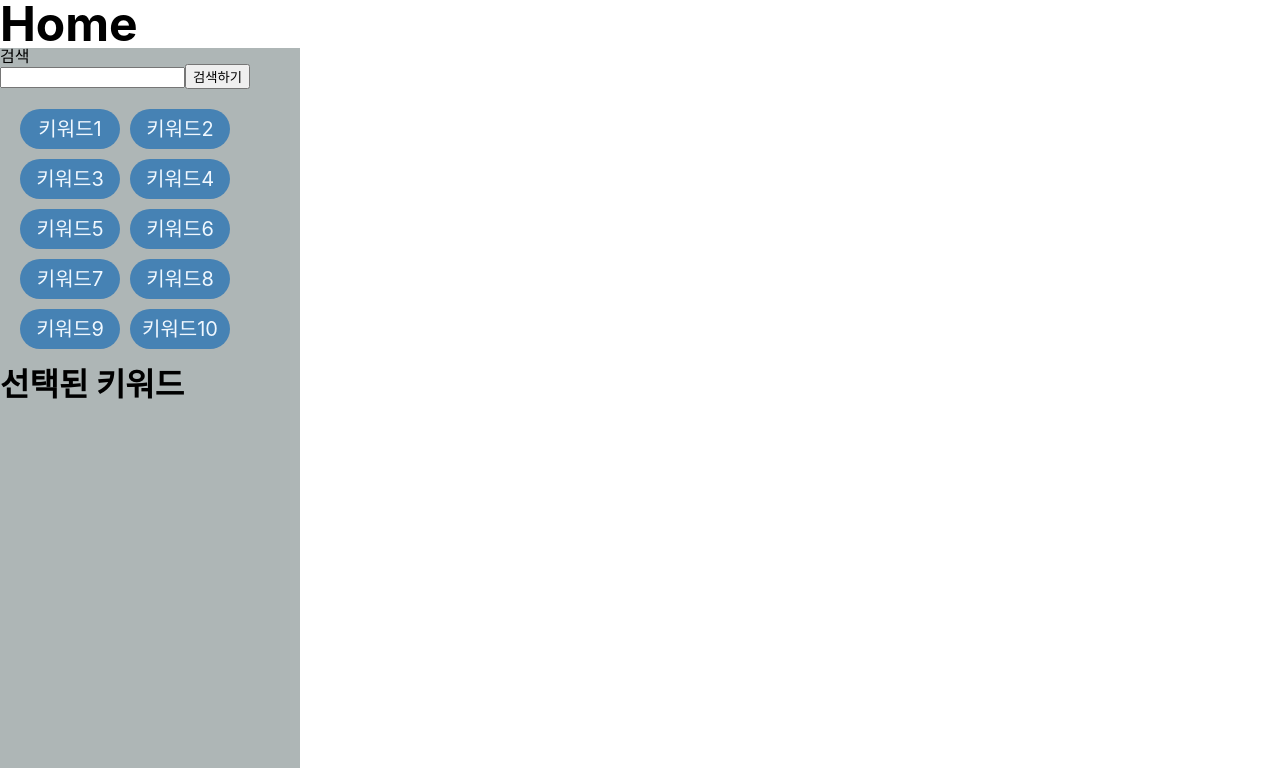
Repository: sunoo-lee/Star-Explore
Page: /
The author's editor kept a copy of each file at every save. The page is drawn from the files as they stood at one save, then again after the next save.
The browser window is 1280 px wide. The pictures show the whole page.
The project was rebuilt for these pictures with package versions that can differ from the ones it lists, and the page was loaded fresh each time.

Above is the page before, as saved 2022-10-14 04:37:45.

### src/index.js
import React from "react";
import ReactDOM from "react-dom/client";
import "./reset.css";
import "./Style.css";
import App from "./components/App";
// import reportWebVitals from "./reportWebVitals";

const root = ReactDOM.createRoot(document.getElementById("root"));
root.render(
  <React.StrictMode>
    <App />
  </React.StrictMode>
);

// reportWebVitals();

### src/Style.css
html,
body,
#root {
  height: 100%;
}

body {
  margin: 0;
  font-family: -apple-system, BlinkMacSystemFont, "Segoe UI", "Roboto", "Oxygen",
    "Ubuntu", "Cantarell", "Fira Sans", "Droid Sans", "Helvetica Neue",
    sans-serif;
  -webkit-font-smoothing: antialiased;
  -moz-osx-font-smoothing: grayscale;
}
.container {
  height: 100%;
}

.nav {
  background-color: rgb(174, 182, 182);
  width: 300px;
  height: 100%;
}
h1 {
  font-size: 3rem;
  font-weight: 700;
}
.keyword {
  padding: 20px;
}
.keyword ul {
  display: grid;
  grid-template-columns: 100px 100px;
  gap: 10px;
}
.keyword ul li {
  cursor: pointer;
}
.keyword ul li span {
  display: inline-block;
  font-size: 20px;
  width: 100px;
  height: 40px;
  line-height: 40px;
  text-align: center;
  background-color: lightskyblue;
  border-radius: 25px;
}

.keyword ul li .off {
  background-color: steelblue;
  color: aliceblue;
}
h2 {
  font-size: 2rem;
  font-weight: 700;
}
.selected span {
  display: inline-block;
  font-size: 1.2rem;
  margin: 10px;
}

### src/components/App.js
import AppRouter from "./Router";

function App() {
  return (
    <>
      <AppRouter />
    </>
  );
}

export default App;

### src/components/Router.js
import { HashRouter as Router, Route, Routes } from "react-router-dom";
import Home from "../routes/Home";

const AppRouter = () => {
  return (
    <Router>
      <Routes>
        <Route exact path="/" element={<Home />} />
      </Routes>
    </Router>
  );
};

export default AppRouter;

### src/routes/Home.js
import React, { useState } from "react";

const Home = () => {
  const [select, setSelect] = useState([]);
  const onClick = (event) => {
    const keyword_btn = event.target;
    keyword_btn.className === "off"
      ? (keyword_btn.className = "on")
      : (keyword_btn.className = "off");

    const selected = event.target.innerText;
    if (keyword_btn.className === "on") {
      setSelect([...select, selected]);
    } else if (keyword_btn.className === "off") {
      setSelect(select.filter((key) => key !== selected));
    }
    console.log(select);
  };
  return (
    <div className="container">
      <h1>Home</h1>
      <div className="nav">
        <form>
          <div>검색</div>
          <input type="text" />
          <button>검색하기</button>
        </form>
        <div className="keyword">
          <ul>
            <li>
              <span className="off" onClick={onClick}>
                키워드1
              </span>
            </li>
            <li>
              <span className="off" onClick={onClick}>
                키워드2
              </span>
            </li>
            <li>
              <span className="off" onClick={onClick}>
                키워드3
              </span>
            </li>
            <li>
              <span className="off" onClick={onClick}>
                키워드4
              </span>
            </li>
            <li>
              <span className="off" onClick={onClick}>
                키워드5
              </span>
            </li>
            <li>
              <span className="off" onClick={onClick}>
                키워드6
              </span>
            </li>
            <li>
              <span className="off" onClick={onClick}>
                키워드7
              </span>
            </li>
            <li>
              <span className="off" onClick={onClick}>
                키워드8
              </span>
            </li>
            <li>
              <span className="off" onClick={onClick}>
                키워드9
              </span>
            </li>
            <li>
              <span className="off" onClick={onClick}>
                키워드10
              </span>
            </li>
          </ul>
        </div>
        <h2>선택된 키워드</h2>
        <div className="selected">
          {select.map((key, index) => (
            <span key={index}>{key}</span>
          ))}
        </div>
      </div>
    </div>
  );
};

export default Home;

Loaded but not shown: public/index.html (common file); src/reset.css (common file)

After the next save:
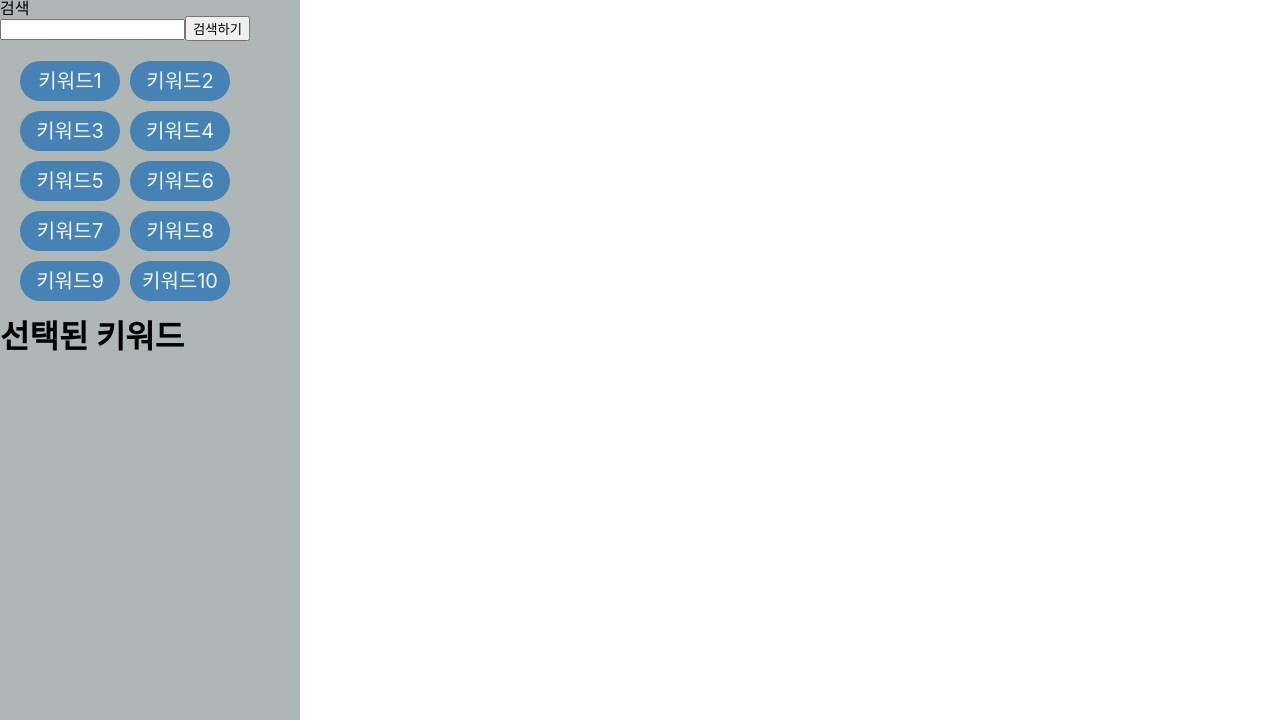
Saved 27 s later.
--- a/src/routes/Home.js
+++ b/src/routes/Home.js
@@ -18,7 +18,6 @@ const Home = () => {
   };
   return (
     <div className="container">
-      <h1>Home</h1>
       <div className="nav">
         <form>
           <div>검색</div>
